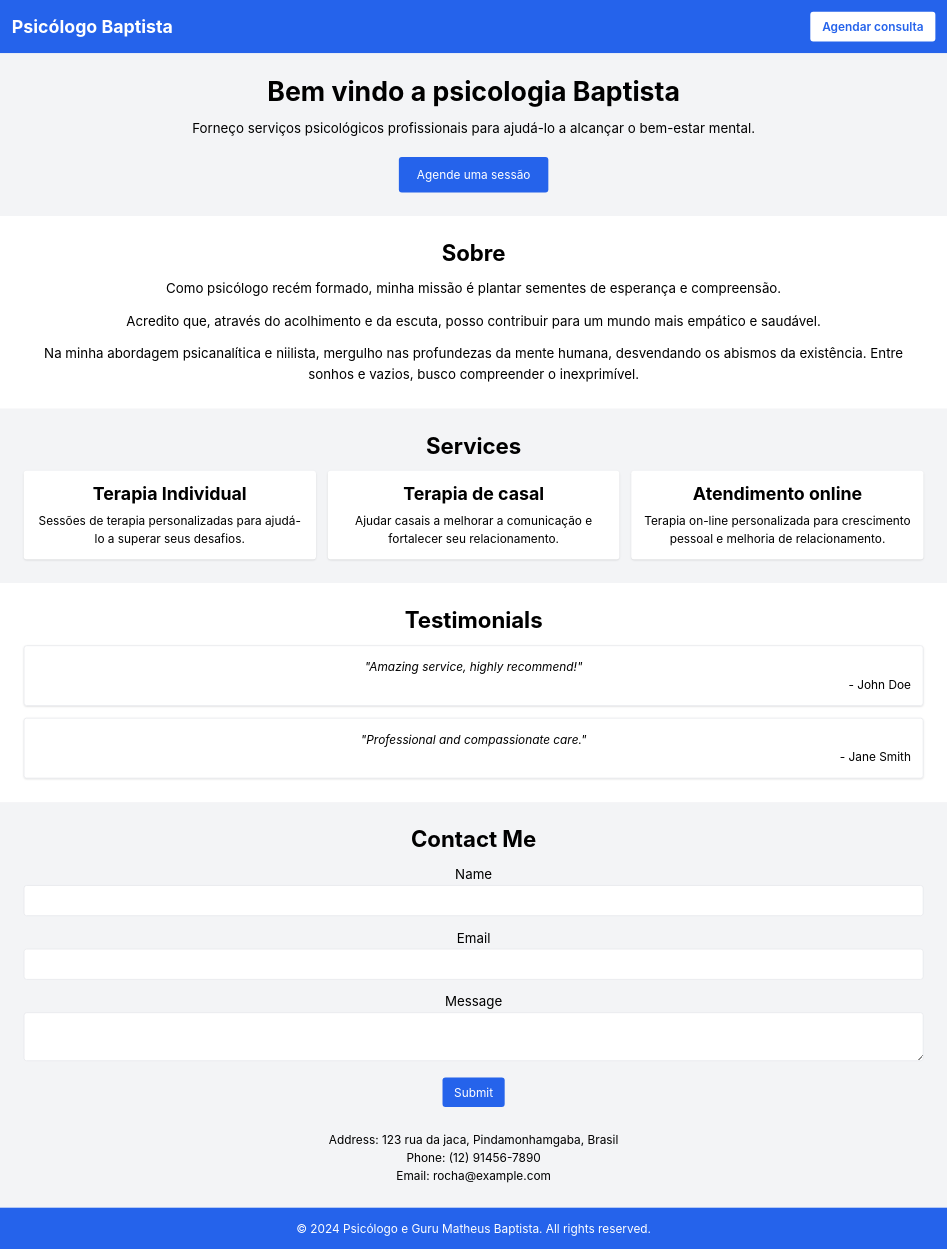
Repository: SrNascimento40/psychologist-portfolio
Page: /
The author's editor kept a copy of each file at every save. The page is drawn from the files as they stood at one save, then again after the next save.
The browser window is 1280 px wide. The pictures show the whole page, at 74% of full size.
The project was rebuilt for these pictures with package versions that can differ from the ones it lists, and the page was loaded fresh each time. Also part of the build but not shown: vite.config.ts.

Above is the page before, as saved 2024-07-04 17:53:59.

### index.html
<!doctype html>
<html lang="en">
  <head>
    <meta charset="UTF-8" />
    <link rel="icon" type="image/svg+xml" href="/vite.svg" />
    <meta name="viewport" content="width=device-width, initial-scale=1.0" />
    <title>Psicólogo e Guru Baptista</title>
  </head>
  <body>
    <div id="root"></div>
    <script type="module" src="/src/main.tsx"></script>
  </body>
</html>

### src/App.tsx
import './App.css'
import Header from './Header'
import Hero from './Hero'
import About from './About'
import Services from './Services'
import Testimonials from './Testimonials'
import Contact from './Contact'
import Footer from './Footer'

function App() {

  return (
    <div>
      <Header />
      <main>
          <Hero />
          <About />
          <Services />
          <Testimonials />
          <Contact />
      </main>
      <Footer />
    </div>
  )
}

export default App

### src/index.css
@tailwind base;
@tailwind components;
@tailwind utilities;

:root {
  font-family: Inter, system-ui, Avenir, Helvetica, Arial, sans-serif;

  /* color-scheme: light dark;
  color: rgba(255, 255, 255, 0.87);
  background-color: #242424; */

  /* font-synthesis: none;
  text-rendering: optimizeLegibility;
  -webkit-font-smoothing: antialiased;
  -moz-osx-font-smoothing: grayscale; */
}


/* @media (prefers-color-scheme: light) {
  :root {
    color: #213547;
    background-color: #ffffff;
  }
  a:hover {
    color: #747bff;
  }
  button {
    background-color: #f9f9f9;
  }
} */

### src/App.css
#root {
  margin: 0;
  padding: 0;
  text-align: center;
}

### src/Header.tsx

import './App.css'

export default function Header() {

  return (
    <header className="bg-blue-600 text-white p-4">
      <div className="container mx-auto flex justify-between items-center">
          <div className="text-2xl font-bold">Psicólogo Baptista</div>
          <button className="bg-white font-semibold text-blue-600 px-4 py-2 rounded">Agendar consulta</button>
      </div>
    </header>
  )
}

### src/Hero.tsx
import { useState } from 'react'
import './App.css'

export default function Hero() {
  const [count, setCount] = useState(0)

  return (
    <section id="home" className="bg-gray-100 p-8 text-center">
    <h1 className="text-4xl font-bold mb-4">Bem vindo a psicologia Baptista</h1>
    <p className="text-lg mb-6">Forneço serviços psicológicos profissionais para ajudá-lo a alcançar o bem-estar mental.</p>
    <button className="bg-blue-600 text-white px-6 py-3 rounded">Agende uma sessão</button>
</section>  )
}

### src/About.tsx
import './App.css'

export default function About() {

  return (
    <section id="about" className="bg-white p-8">
      <h2 className="text-3xl font-bold mb-4">Sobre</h2>
      <p className="text-lg mb-4">
        Como psicólogo recém formado, minha missão é plantar sementes de esperança e compreensão.
      </p>
      <p className="text-lg mb-4">
        Acredito que, através do acolhimento e da escuta, posso contribuir para um mundo mais empático e saudável.
      </p>
      <p className="text-lg">
        Na minha abordagem psicanalítica e niilista, mergulho nas profundezas da mente humana, desvendando os abismos da existência. Entre sonhos e vazios, busco compreender o inexprimível.
      </p>
    </section>
  )
}

### src/Services.tsx
import './App.css'

export default function Services() {
  const services = [
    { title: 'Terapia Individual', description: 'Sessões de terapia personalizadas para ajudá-lo a superar seus desafios.' },
    { title: 'Terapia de casal', description: 'Ajudar casais a melhorar a comunicação e fortalecer seu relacionamento.' },
    { title: 'Atendimento online', description: 'Terapia on-line personalizada para crescimento pessoal e melhoria de relacionamento.' },
  ];

  return (
    <section id="services" className="bg-gray-100 p-8">
      <h2 className="text-3xl font-bold mb-4">Services</h2>
      <div className="grid grid-cols-1 md:grid-cols-3 gap-4">
          {services.map((service, index) => (
              <div key={index} className="bg-white p-4 rounded shadow">
                  <h3 className="text-2xl font-bold mb-2">{service.title}</h3>
                  <p>{service.description}</p>
              </div>
          ))}
      </div>
    </section>
  )
}

### src/Testimonials.tsx
import './App.css'

export default function Testimonials() {
  const testimonials = [
    { name: 'John Doe', quote: 'Amazing service, highly recommend!' },
    { name: 'Jane Smith', quote: 'Professional and compassionate care.' },
  ];

  return (
    <section id="testimonials" className="bg-white p-8">
        <h2 className="text-3xl font-bold mb-4">Testimonials</h2>
        <div className="space-y-4">
            {testimonials.map((testimonial, index) => (
                <div key={index} className="border p-4 rounded shadow">
                    <p className="italic">"{testimonial.quote}"</p>
                    <p className="text-right">- {testimonial.name}</p>
                </div>
            ))}
        </div>
    </section>
  )
}

### src/Contact.tsx
import './App.css'

export default function Contact() {
  return (
    <section id="contact" className="bg-gray-100 p-8">
      <h2 className="text-3xl font-bold mb-4">Contact Me</h2>
      <form className="space-y-4">
          <div>
              <label className="block text-lg">Name</label>
              <input type="text" className="w-full p-2 border rounded" />
          </div>
          <div>
              <label className="block text-lg">Email</label>
              <input type="email" className="w-full p-2 border rounded" />
          </div>
          <div>
              <label className="block text-lg">Message</label>
              <textarea className="w-full p-2 border rounded"></textarea>
          </div>
          <button type="submit" className="bg-blue-600 text-white px-4 py-2 rounded">Submit</button>
      </form>
      <div className="mt-8">
          <p>Address: 123 rua da jaca, Pindamonhamgaba, Brasil</p>
          <p>Phone: (12) 91456-7890</p>
          <p>Email: rocha@example.com</p>
      </div>
    </section>
  )
}

### src/Footer.tsx
import './App.css'

export default function Footer() {

  return (
    <footer className="bg-blue-600 text-white p-4 text-center">
        <p>&copy; 2024 Psicólogo e Guru Matheus Baptista. All rights reserved.</p>
    </footer>
  )
}

Loaded but not shown: src/main.tsx (common file); tailwind.config.js (common file)

After the next save:
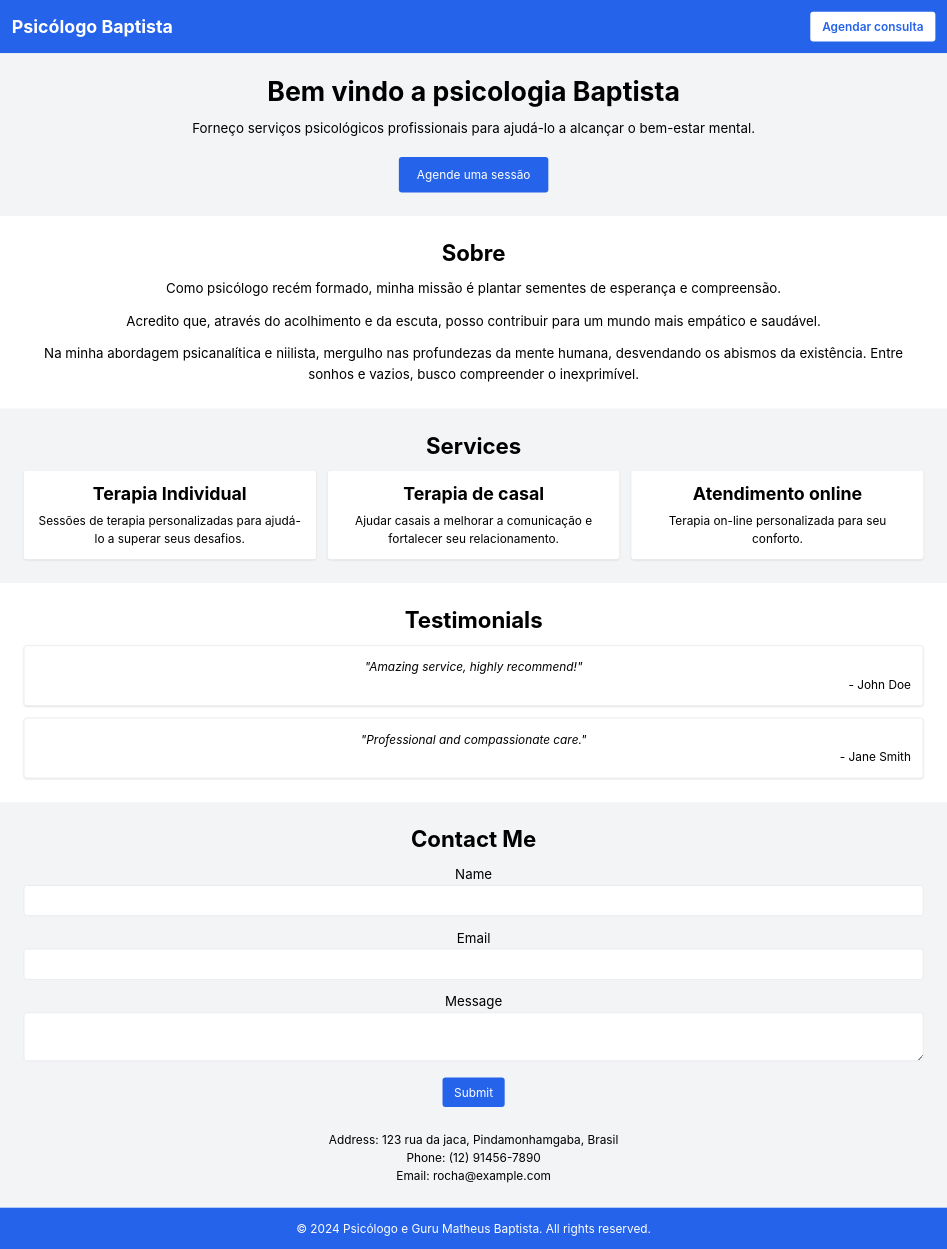
Saved 14 s later.
--- a/src/Services.tsx
+++ b/src/Services.tsx
@@ -4,7 +4,7 @@ export default function Services() {
   const services = [
     { title: 'Terapia Individual', description: 'Sessões de terapia personalizadas para ajudá-lo a superar seus desafios.' },
     { title: 'Terapia de casal', description: 'Ajudar casais a melhorar a comunicação e fortalecer seu relacionamento.' },
-    { title: 'Atendimento online', description: 'Terapia on-line personalizada para crescimento pessoal e melhoria de relacionamento.' },
+    { title: 'Atendimento online', description: 'Terapia on-line personalizada para seu conforto.' },
   ];
 
   return (
